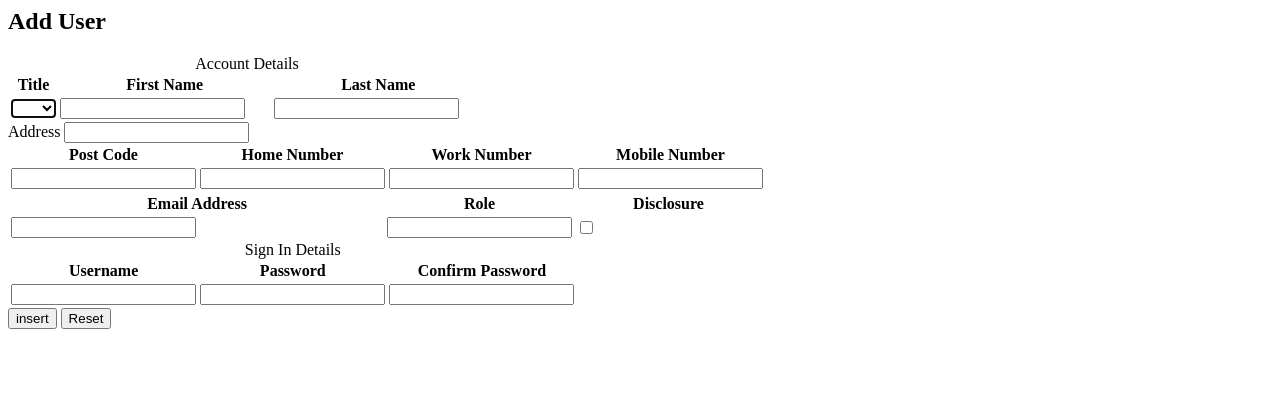
Repository: almastrutt/obanshire-cub-scouts
Page: http://localhost/includes/new_user.php
The author's editor kept a record of every edit. The page is drawn from the files as they stood at one moment, then again after the next edit.
The browser window is 1280 px wide. The pictures show the whole page.
The page is run by PHP 8.4 with error messages shown; the project is at /var/www/html/.

Above is the page before.

After the next edit:
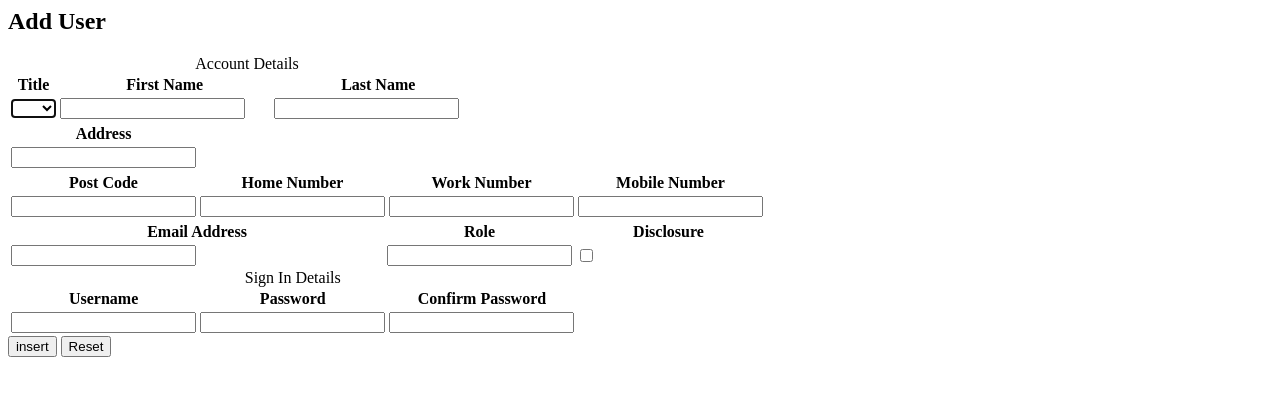
The edit:
--- a/includes/new_user.php
+++ b/includes/new_user.php
@@ -27,7 +27,7 @@
             </tbody>
     </table>
 
-    <table class="newuser"></table>
+    <table class="newuser">
         <thead>
             <tr>
                 <th style="width:100%">Address</th>
